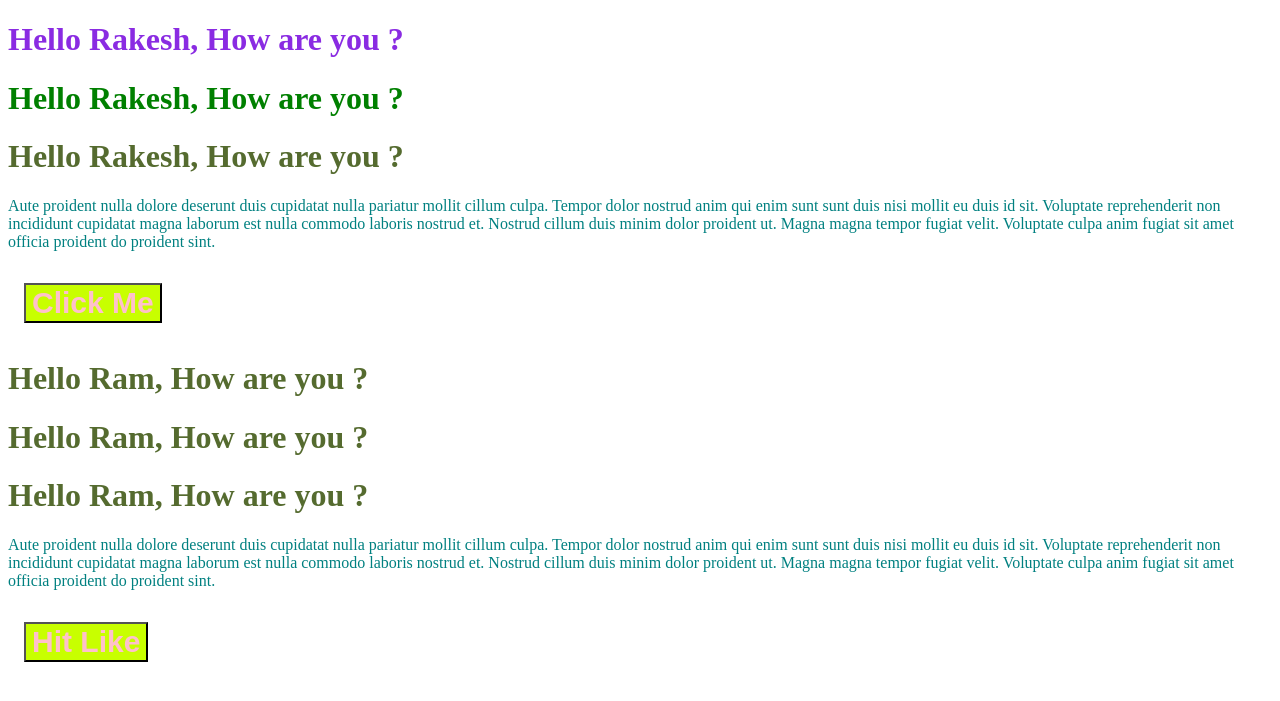
Repository: rakeshkolpepatil/CSS_Apana_College
Page: index.html
An editor plug-in stored every save of this project. The page is shown before and after the next save, followed by the edit.
The browser window is 1280 px wide. The pictures show the whole page.

Above is the page before, as saved 2023-06-21 19:03:41.

### index.html
<!DOCTYPE html>
<html lang="en">
<head>
  <meta charset="UTF-8">
  <meta name="viewport" content="width=device-width, initial-scale=1.0">
  <title>CSS Level 1</title>
  <link rel="stylesheet" href="style.css" >
  <style>
    /* h1{
      color:cornflowerblue
    } */
  </style>
</head>
<body>
  <h1 style="color:blueviolet"> Hello Rakesh, How are you ?</h1>
  <h1 style="color:green"> Hello Rakesh, How are you ?</h1>
  <h1> Hello Rakesh, How are you ?</h1>
  <p>
    Aute proident nulla dolore deserunt duis cupidatat nulla pariatur mollit cillum culpa. Tempor dolor nostrud anim qui enim sunt sunt duis nisi mollit eu duis id sit. Voluptate reprehenderit non incididunt cupidatat magna laborum est nulla commodo laboris nostrud et. Nostrud cillum duis minim dolor proident ut. Magna magna tempor fugiat velit. Voluptate culpa anim fugiat sit amet officia proident do proident sint.
  </p>
  <button> Click Me </button>

  <h1 id="heading1" > Hello Ram, How are you ? </h1>
  <h1 id="heading2"> Hello Ram, How are you ? </h1>
  <h1 id="heading3"> Hello Ram, How are you ? </h1>
  <p>
    Aute proident nulla dolore deserunt duis cupidatat nulla pariatur mollit cillum culpa. Tempor dolor nostrud anim qui enim sunt sunt duis nisi mollit eu duis id sit. Voluptate reprehenderit non incididunt cupidatat magna laborum est nulla commodo laboris nostrud et. Nostrud cillum duis minim dolor proident ut. Magna magna tempor fugiat velit. Voluptate culpa anim fugiat sit amet officia proident do proident sint.
  </p>
  <button> Hit Like </button>

</body>
</html>

### style.css
h1{
  color:darkolivegreen
}
p{
  /* color:blueviolet */
  color:teal
}
button{
  color:pink;
  font-size: 30px;
  font-weight: 600;
  /* background-color: green; */
  background-color: rgb(200,255,0);
  /* padding: 1rem; */
  margin: 1rem;
}

After the next save:
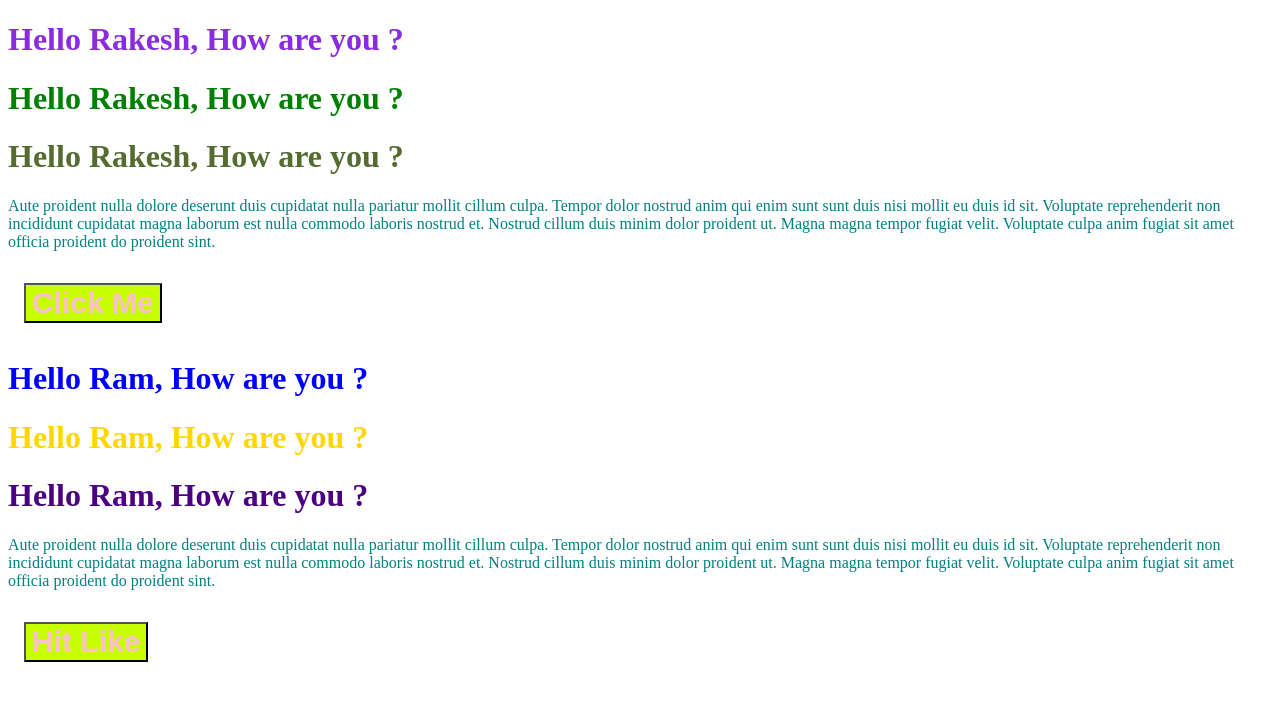
Saved 71 s later.
--- a/style.css
+++ b/style.css
@@ -14,3 +14,15 @@ button{
   /* padding: 1rem; */
   margin: 1rem;
 }
+
+#heading1{
+  color:blue
+}
+
+#heading2{
+  color:gold
+}
+
+#heading3{
+  color:indigo
+}
